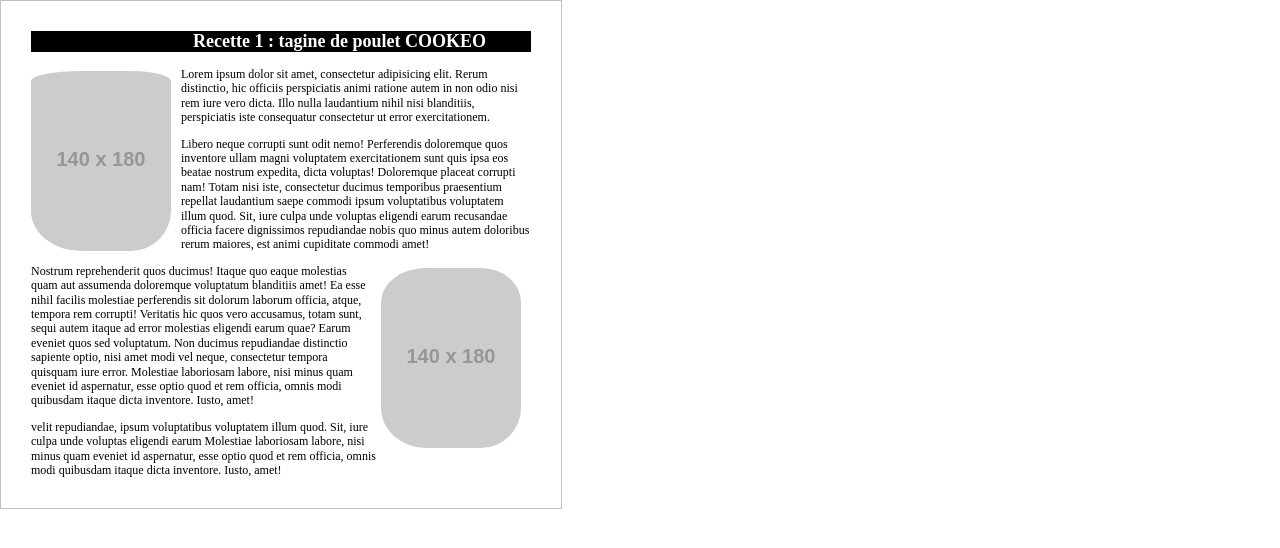
Repository: Luc010/Exercices
Page: HTML CSS/cours/float4.html
An editor plug-in stored every save of this project. The page is shown before and after the next save, followed by the edit.
The browser window is 1280 px wide. The pictures show the whole page.

Above is the page before, as saved 2019-09-05 11:57:22.

After the next save:
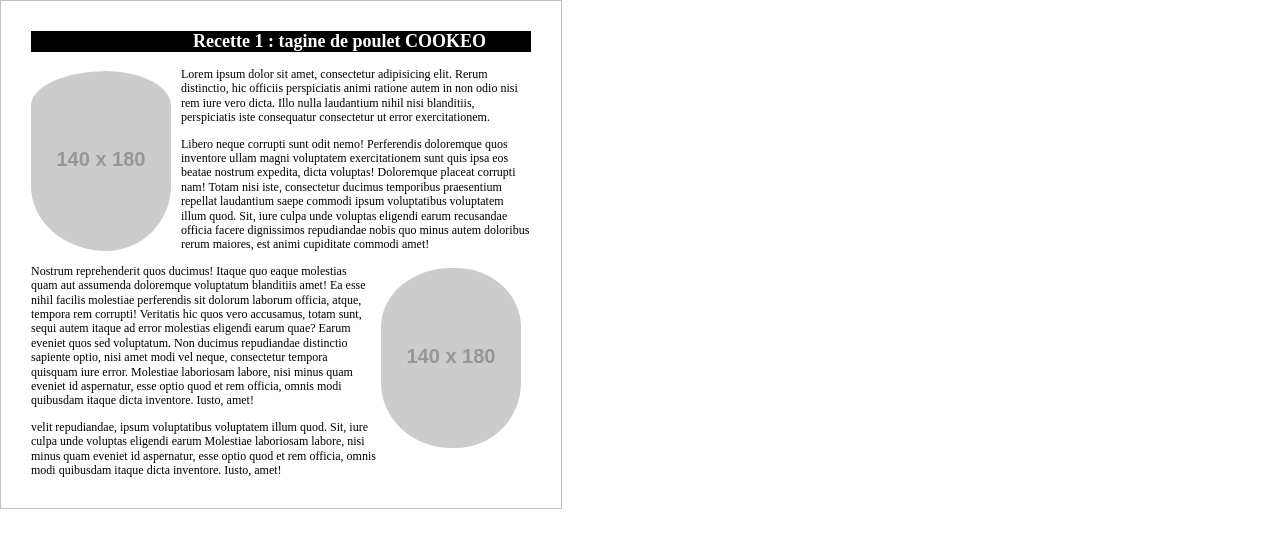
Saved 4 s later.
--- a/HTML CSS/cours/float4.html
+++ b/HTML CSS/cours/float4.html
@@ -33,7 +33,7 @@
             line-height: 120%;
         }
         img{
-            border-radius: 50px;
+            border-radius: 75px;
         }
     </style>
 </head>
